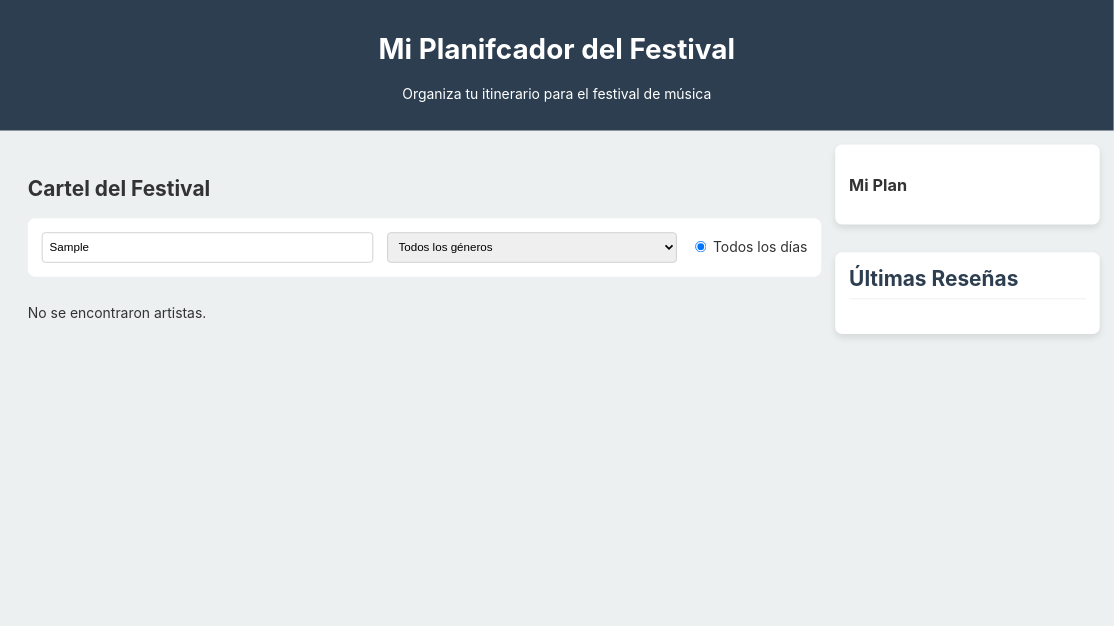
Repository: covaa15/DWEC
Page: Examen12_12_2025/index.html
An editor plug-in stored every save of this project. The page is shown before and after the next save, followed by the edit.
The browser window is 1280 px wide. The pictures show the whole page, at 87% of full size.
Empty fields were first filled with sample values (such as "Sample", 5 or name@example.com).
After loading, the first visible `#search-name` was changed once.

Above is the page before, as saved 2025-12-12 12:42:59.

After the next save:
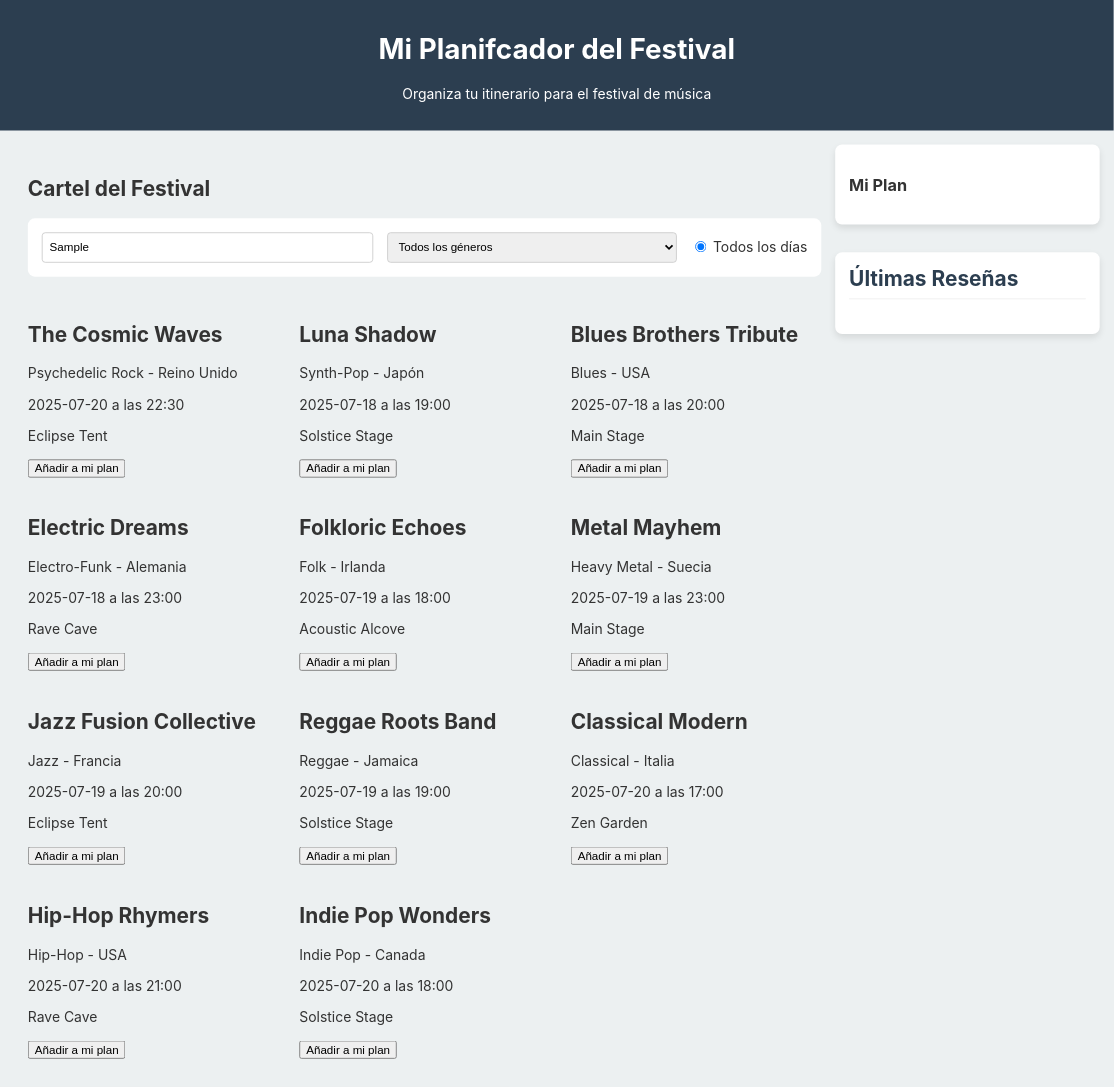
Console error: TypeError: artista.nombre.toLowerCase(...).startWith is not a function
Saved 58 s later.
--- a/Examen12_12_2025/js/main.js
+++ b/Examen12_12_2025/js/main.js
@@ -109,7 +109,7 @@
 
     if (artistaBuscado !== "") {
         artistasFiltrados = artistasFiltrados.filter(artista =>
-            artista.nombre.toLowerCase().includes(artistaBuscado)
+            artista.nombre.toLowerCase().startWith(artistaBuscado)
         );
     }
 

After the save that followed:
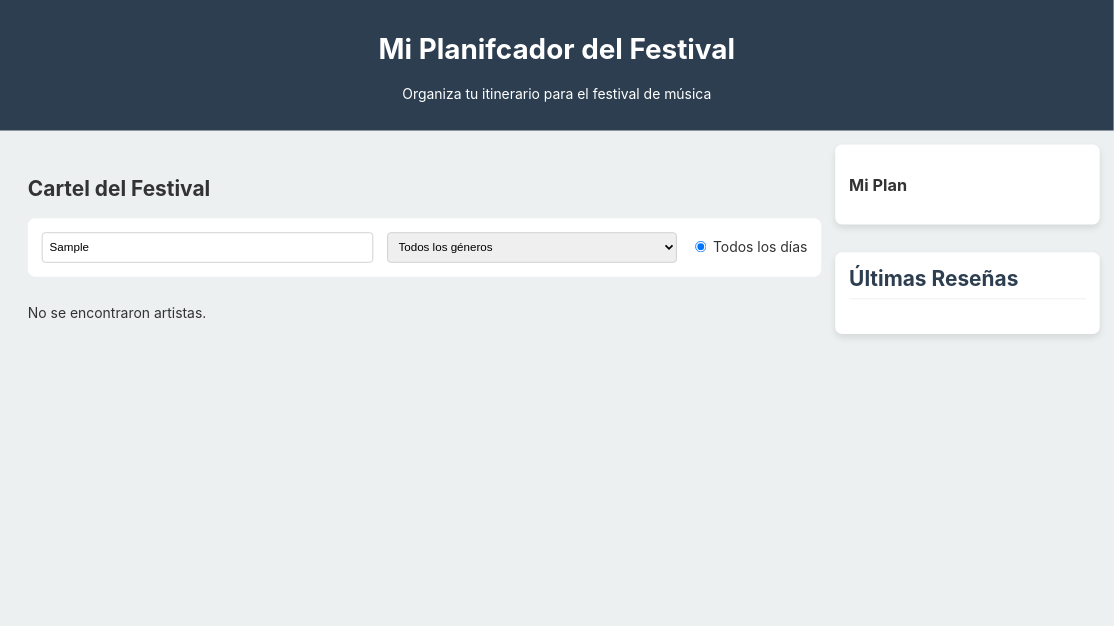
The error is gone.
Saved 19 s later.
--- a/Examen12_12_2025/js/main.js
+++ b/Examen12_12_2025/js/main.js
@@ -109,7 +109,7 @@
 
     if (artistaBuscado !== "") {
         artistasFiltrados = artistasFiltrados.filter(artista =>
-            artista.nombre.toLowerCase().startWith(artistaBuscado)
+            artista.nombre.toLowerCase().includes(artistaBuscado)
         );
     }
 
